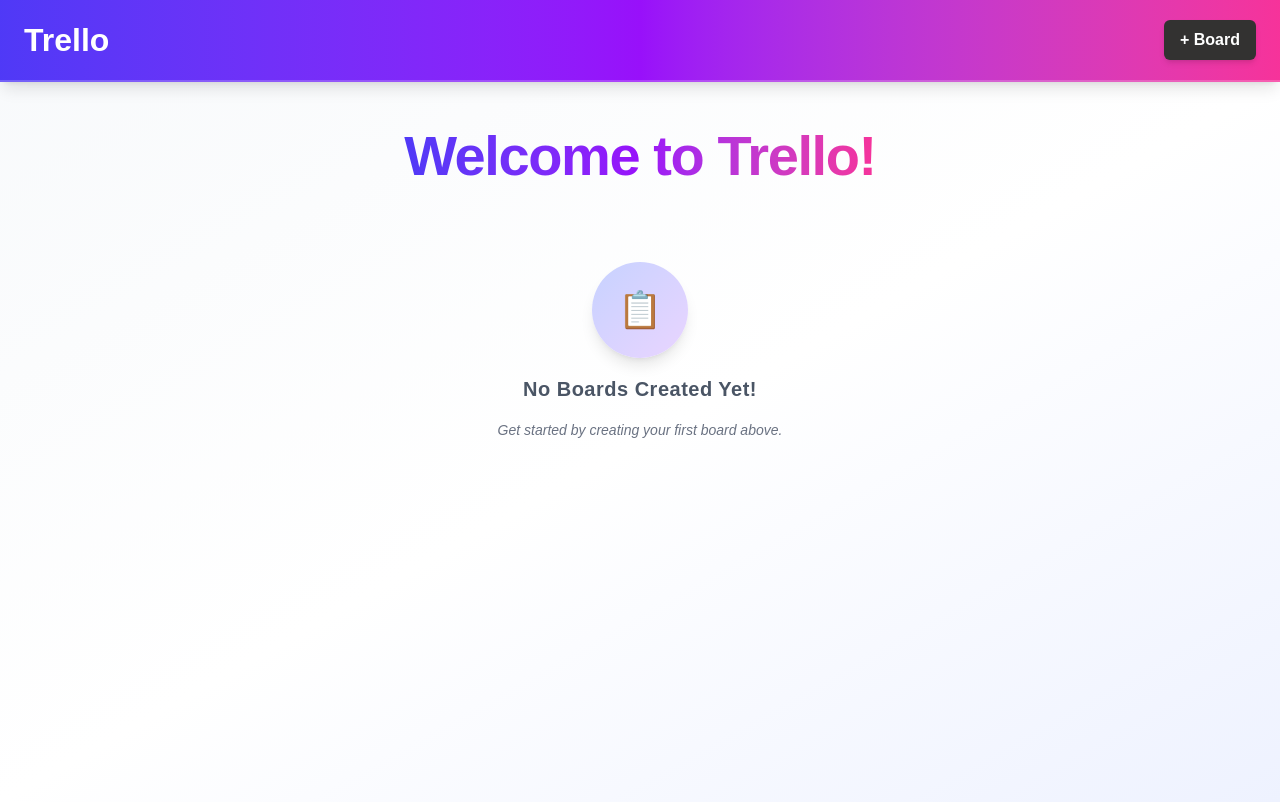
Repository: rimsha-shoukat/trello-app
Page: /
These files come from the project's save history. The page is drawn as it stood at one moment and after the next save; the edit follows.
The browser window is 1280 px wide. The pictures show the whole page.
The project was rebuilt for these pictures with package versions that can differ from the ones it lists, and the page was loaded fresh each time. The framework's server and built-in components were replaced by stand-ins that run in the browser. Also part of the build but not shown: next.config.mjs, src/components/boxDialogBox.jsx.

Above is the page before, as saved 2025-09-23 19:46:27.

### src/app/layout.jsx
import "./globals.css";

export const metadata = {
  title: "Trello App",
  description: "User workspace to manage different task",
};

export default function RootLayout({ children }) {

  return (
    <html lang="en">
      <body>
          {children}
      </body>
    </html>
  );
}

### src/app/page.jsx
'use client';
import dynamic from 'next/dynamic';
import { useState, useEffect } from 'react';
import MainHeader from '@/components/mainHeader';
import BoxArea from '@/components/boxArea';
const BoxDialogBox = dynamic(() => import('@/components/boxDialogBox'), { loading: () => <p>Loading...</p>, ssr: false });

export default function Home() {
  const [boardBox, setBoardBox] = useState(false);
  const [boardList, setBoardList] = useState([]);
  const [greeting, setGreeting] = useState(true);

  useEffect(() => {
    const storedBoards = localStorage.getItem('boards') || '[]';
    setBoardList(JSON.parse(storedBoards));
  }, []);

  useEffect(() => {
    const timer = setTimeout(() => {
      setGreeting(false);
    }, 9000);
    return () => {
      clearTimeout(timer);
    }
  }, []);

  return (
    <>
      <section className="w-[100%] flex flex-row justify-between items-center bg-gradient-to-r from-indigo-600 via-purple-600 to-pink-500 py-[1rem] px-6 shadow-lg select-none backdrop-blur-sm border-b-2 border-white/20" >
        <MainHeader boardBox={boardBox} setBoardBox={setBoardBox} />
        <BoxDialogBox boardBox={boardBox} setBoardBox={setBoardBox} boardList={boardList} setBoardList={setBoardList} />
      </section>
      <BoxArea boardList={boardList} setBoardList={setBoardList} greeting={greeting} />
    </>
  );
}

### src/app/globals.css
@import "tailwindcss";

body{
    display: flex;
    justify-content: center;
    align-items: center;
    flex-direction: column;
    margin: 0;
    padding: 0;
    box-sizing: border-box;
    font-family: sans-serif;
    width: 100%;
    height: 100%;
    background-color: #e8e6e8;
    overflow-x: hidden;
    overflow-y: auto;
    color: white;
}

### src/components/mainHeader.jsx
'use client';

export default function mainHeader({boardBox, setBoardBox}){
    return(
        <>
            <h1 className="text-white text-[2rem] font-bold">Trello</h1>
                <div className="flex flex-row gap-4">
                <button
                    onClick={() => setBoardBox(!boardBox)}
                    className="py-2 px-4 bg-[#333231] hover:shadow-sm hover:scale-105 hover:shadow-gray-300 rounded-md cursor-pointer font-semibold text-white shadow-md transition-all duration-300"
                >
                    + Board
                </button>
            </div>
        </>
    )
}

### src/components/boxArea.jsx
import dynamic from 'next/dynamic';
const BoxList = dynamic(() => import('./boxList'), { ssr: false });

export default function BoxArea({ boardList, setBoardList, greeting }) {
  return (
    <section className="select-none text-gray-800 w-[100%] h-[100vh] flex flex-col items-center justify-start bg-gradient-to-br from-slate-50 via-white to-indigo-50 pt-8 pb-12 overflow-hidden">
      <h1
        className={`
          ${greeting ? 'block opacity-100 translate-y-0' : 'hidden opacity-0 translate-y-4'}
          font-bold text-[3.5rem] text-transparent bg-clip-text bg-gradient-to-r from-indigo-600 via-purple-600 to-pink-500
          mx-auto text-center tracking-tight transition-all duration-700 ease-out
        `}
      >
        Welcome to Trello!
      </h1>
      {boardList && Array.isArray(boardList) && boardList.length === 0 ? (
        <div className="flex flex-col items-center justify-center mt-16 gap-4">
          <div className="w-24 h-24 bg-gradient-to-br from-indigo-200 to-purple-200 rounded-full flex items-center justify-center shadow-lg">
            <span className="text-4xl text-indigo-600">📋</span>
          </div>
          <p className="font-bold text-[1.25rem] text-gray-600 tracking-wide">No Boards Created Yet!</p>
          <p className="text-gray-500 text-sm italic">Get started by creating your first board above.</p>
        </div>
      ) : (
        <section
          style={{
            scrollbarWidth: 'none',
            msOverflowStyle: 'none',
          }}
          className="mt-8 w-[100%] h-auto grid grid-flow-col grid-rows-2 gap-8 items-start justify-start overflow-x-auto overflow-y-hidden px-[2.5rem] pb-4 custom-scrollbar"
        >
          <BoxList boardList={boardList} setBoardList={setBoardList} />
        </section>
      )}
    </section>
  )
}

After the next save:
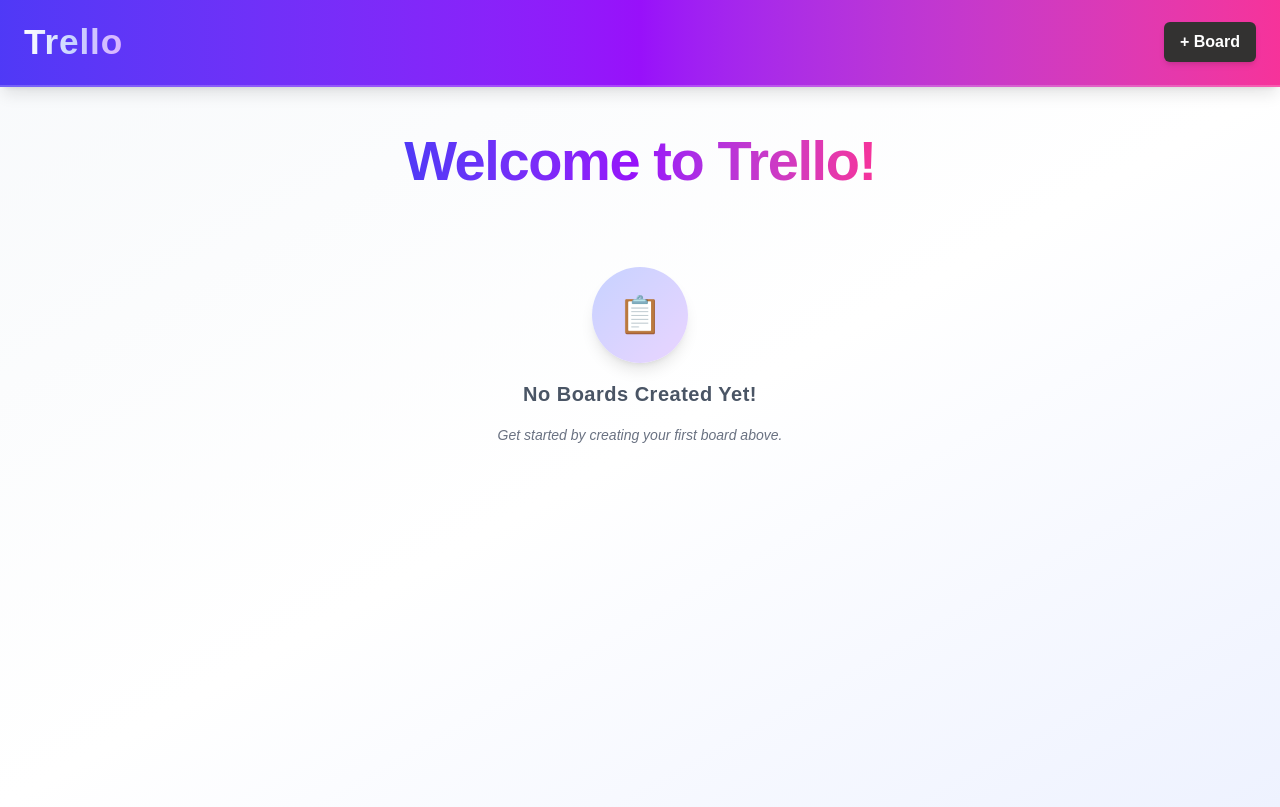
Saved 2 min 2 s later.
--- a/src/components/mainHeader.jsx
+++ b/src/components/mainHeader.jsx
@@ -3,7 +3,7 @@
 export default function mainHeader({boardBox, setBoardBox}){
     return(
         <>
-            <h1 className="text-white text-[2rem] font-bold">Trello</h1>
+            <h1 className="text-transparent bg-clip-text bg-gradient-to-r from-white via-indigo-200 to-purple-300 text-[2.2rem] font-bold cursor-pointer tracking-wide hover:scale-105 transition-transform duration-200">Trello</h1>
                 <div className="flex flex-row gap-4">
                 <button
                     onClick={() => setBoardBox(!boardBox)}
